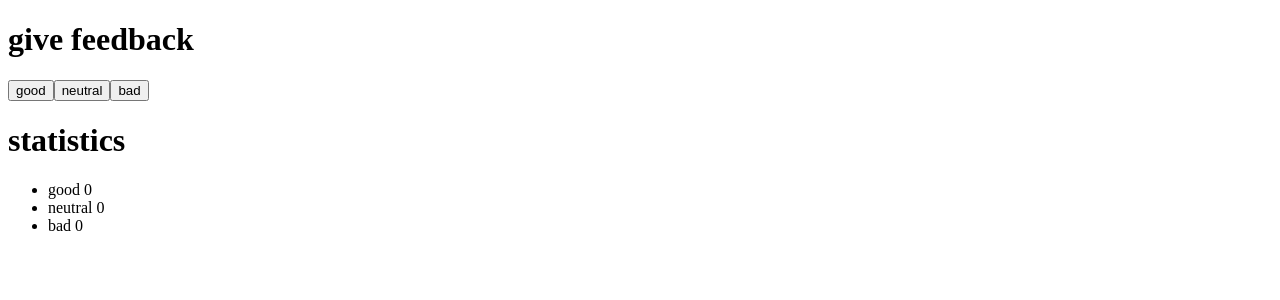
Repository: mariocapitbrok/helsinki-fullstack
Page: / (app in part1/unicafe/)
The author's editor kept a copy of each file at every save. The page is drawn from the files as they stood at one save, then again after the next save.
The browser window is 1280 px wide. The pictures show the whole page.
The project was rebuilt for these pictures with package versions that can differ from the ones it lists, and the page was loaded fresh each time.

Above is the page before, as saved 2022-01-09 06:51:15.

After the next save:
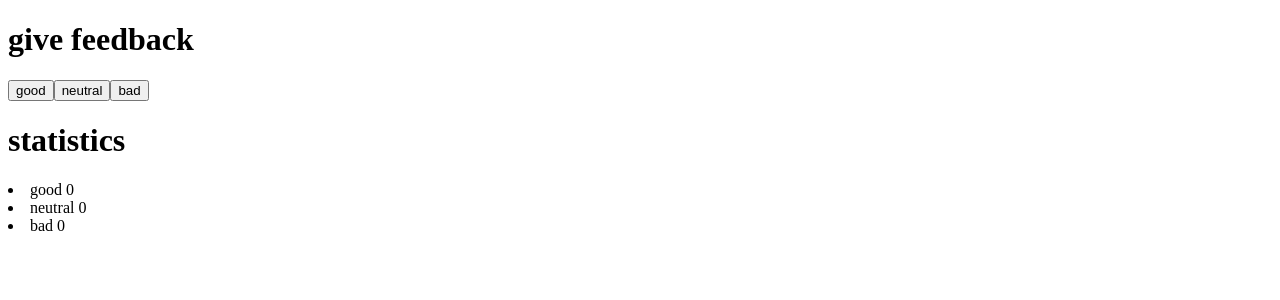
Saved 27 s later.
--- a/part1/unicafe/src/App.js
+++ b/part1/unicafe/src/App.js
@@ -20,11 +20,10 @@
       <Button onClick={() => setNeutral(neutral + 1)} text="neutral" />
       <Button onClick={() => setBad(bad + 1)} text="bad" />
       <h1>statistics</h1>
-      <ul>
-        <Display title="good" value={good} />
-        <Display title="neutral" value={neutral} />
-        <Display title="bad" value={bad} />
-      </ul>
+
+      <Display title="good" value={good} />
+      <Display title="neutral" value={neutral} />
+      <Display title="bad" value={bad} />
     </div>
   )
 }

After the save that followed:
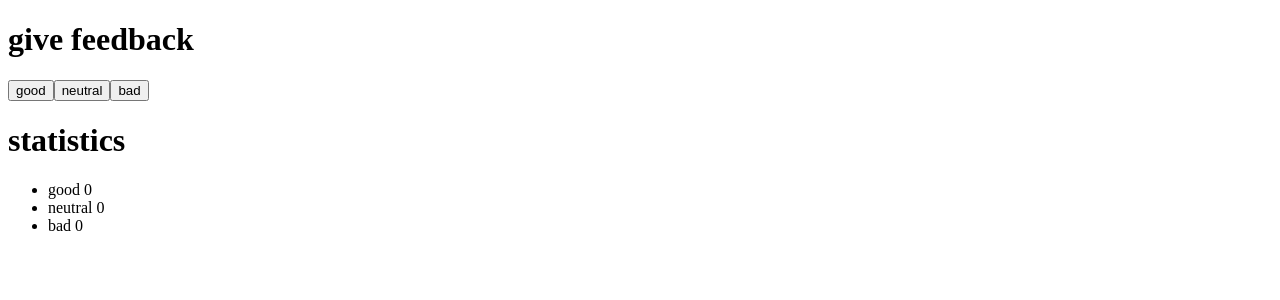
Saved 27 s later.
--- a/part1/unicafe/src/App.js
+++ b/part1/unicafe/src/App.js
@@ -20,10 +20,11 @@
       <Button onClick={() => setNeutral(neutral + 1)} text="neutral" />
       <Button onClick={() => setBad(bad + 1)} text="bad" />
       <h1>statistics</h1>
-
-      <Display title="good" value={good} />
-      <Display title="neutral" value={neutral} />
-      <Display title="bad" value={bad} />
+      <ul>
+        <Display title="good" value={good} />
+        <Display title="neutral" value={neutral} />
+        <Display title="bad" value={bad} />
+      </ul>
     </div>
   )
 }
